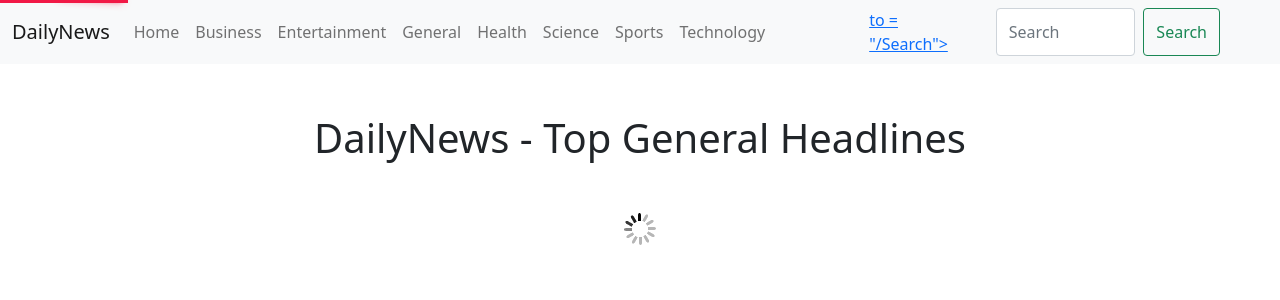
Repository: Bikki084/Daily_News
Page: /
The author's editor kept a copy of each file at every save. The page is drawn from the files as they stood at one save, then again after the next save.
The browser window is 1280 px wide. The pictures show the whole page.
The page's requests for data from a server got no answer. The project was rebuilt for these pictures with package versions that can differ from the ones it lists, and the page was loaded fresh each time. No one was signed in, and anything a server would have sent is missing. Also part of the build but not shown: src/App.css, src/components/NewsItem.js.

Above is the page before, as saved 2021-12-21 23:48:20.

### public/index.html
<!DOCTYPE html>
<html lang="en">
  <head>
    <meta charset="utf-8" />
    <link rel="icon" href="%PUBLIC_URL%/favicon.ico" />
    <meta name="viewport" content="width=device-width, initial-scale=1" />
    <meta name="theme-color" content="#000000" />
    <meta
      name="description"
      content="DailyNews is a news app which can be used to grab quick daily news bites. If you are interested in news, weather, politics and sports news, newsmonkey is for you!"
    />
    <link rel="apple-touch-icon" href="%PUBLIC_URL%/logo192.png" />
    <!--
      manifest.json provides metadata used when your web app is installed on a
      user's mobile device or desktop. See https://developers.google.com/web/fundamentals/web-app-manifest/
    -->
    <link rel="manifest" href="%PUBLIC_URL%/manifest.json" />
    <link href="https://cdn.jsdelivr.net/npm/bootstrap@5.1.0/dist/css/bootstrap.min.css" rel="stylesheet" integrity="sha384-KyZXEAg3QhqLMpG8r+8fhAXLRk2vvoC2f3B09zVXn8CA5QIVfZOJ3BCsw2P0p/We" crossorigin="anonymous">
    <!--
      Notice the use of %PUBLIC_URL% in the tags above.
      It will be replaced with the URL of the `public` folder during the build.
      Only files inside the `public` folder can be referenced from the HTML.

      Unlike "/favicon.ico" or "favicon.ico", "%PUBLIC_URL%/favicon.ico" will
      work correctly both with client-side routing and a non-root public URL.
      Learn how to configure a non-root public URL by running `npm run build`.
    -->
    <title>DailyNews - Get your daily dose of news for free!</title>
  </head>
  <body>
    <noscript>You need to enable JavaScript to run this app.</noscript>
    <div id="root"></div>
    <!--
      This HTML file is a template.
      If you open it directly in the browser, you will see an empty page.

      You can add webfonts, meta tags, or analytics to this file.
      The build step will place the bundled scripts into the <body> tag.

      To begin the development, run `npm start` or `yarn start`.
      To create a production bundle, use `npm run build` or `yarn build`.
    -->
    <script src="https://cdn.jsdelivr.net/npm/@popperjs/core@2.9.3/dist/umd/popper.min.js" integrity="sha384-eMNCOe7tC1doHpGoWe/6oMVemdAVTMs2xqW4mwXrXsW0L84Iytr2wi5v2QjrP/xp" crossorigin="anonymous"></script>
    <script src="https://cdn.jsdelivr.net/npm/bootstrap@5.1.0/dist/js/bootstrap.min.js" integrity="sha384-cn7l7gDp0eyniUwwAZgrzD06kc/tftFf19TOAs2zVinnD/C7E91j9yyk5//jjpt/" crossorigin="anonymous"></script>
  </body>
</html>

### src/App.js
import './App.css';
import Search from './components/Search';
import React, { useState } from 'react'
import NavBar from './components/NavBar';
import News from './components/News';
import {BrowserRouter as Router, Switch, Route} from "react-router-dom";
import LoadingBar from 'react-top-loading-bar'

const App = ()=> {
  const pageSize = 5;
  const apiKey = process.env.REACT_APP_NEWS_API
  // const apiKey = "fe00171e9be447c891c180edc15dc131"
  const [progress, setProgress] = useState(0)

    return (
      <div>
        <Router>
        <NavBar/>
        <Search/>
        <LoadingBar
        height={3}
        color='#f11946'
        progress={progress}
      />
        <Switch>
          <Route exact path="/"><News setProgress={setProgress} apiKey={apiKey} key="general" pageSize={pageSize} country="in" category="general"/></Route>
          <Route exact path="/business"><News setProgress={setProgress} apiKey={apiKey} key="business" pageSize={pageSize} country="in" category="business"/></Route>
          <Route exact path="/entertainment"><News setProgress={setProgress} apiKey={apiKey} key="entertainment" pageSize={pageSize} country="in" category="entertainment"/></Route>
          <Route exact path="/general"><News setProgress={setProgress} apiKey={apiKey} key="general" pageSize={pageSize} country="in" category="general"/></Route>
          <Route exact path="/health"><News setProgress={setProgress} apiKey={apiKey} key="health" pageSize={pageSize} country="in" category="health"/></Route>
          <Route exact path="/science"><News setProgress={setProgress} apiKey={apiKey} key="science" pageSize={pageSize} country="in" category="science"/></Route>
          <Route exact path="/sports"><News setProgress={setProgress} apiKey={apiKey} key="sports" pageSize={pageSize} country="in" category="sports"/></Route>
          <Route exact path="/technology"><News setProgress={setProgress} apiKey={apiKey} key="technology" pageSize={pageSize} country="in" category="technology"/></Route>

        </Switch>
        </Router>
      </div>
    )

}

export default App;

### src/components/Search.js
import React from 'react'

const Search = () => {
    return <div>Hello world!</div>
}

export default Search;

### src/components/NavBar.js
import React from 'react'
import { Link } from "react-router-dom";

const NavBar = () => {

    return (
        <div>
            <nav className="navbar fixed-top navbar-expand-lg navbar-light bg-light">
                <div className="container-fluid">
                    <Link className="navbar-brand" to="/">DailyNews</Link>
                    <button className="navbar-toggler" type="button" data-bs-toggle="collapse" data-bs-target="#navbarSupportedContent" aria-controls="navbarSupportedContent" aria-expanded="false" aria-label="Toggle navigation">
                        <span className="navbar-toggler-icon"></span>
                    </button>
                    <div className="collapse navbar-collapse" id="navbarSupportedContent">
                        <ul className="navbar-nav me-auto mb-2 mb-lg-0">
                            <li className="nav-item">
                                <Link className="nav-link" aria-current="page" to="/">Home</Link>
                            </li>
                            <li className="nav-item"><Link className="nav-link" to="/business">Business</Link></li>
                            <li className="nav-item"><Link className="nav-link" to="/entertainment">Entertainment</Link></li>
                            <li className="nav-item"><Link className="nav-link" to="/general">General</Link></li>
                            <li className="nav-item"><Link className="nav-link" to="/health">Health</Link></li>
                            <li className="nav-item"><Link className="nav-link" to="/science">Science</Link></li>
                            <li className="nav-item"><Link className="nav-link" to="/sports">Sports</Link></li>
                            <li className="nav-item"><Link className="nav-link" to="/technology">Technology</Link></li>
                        </ul>
                        <form className="d-flex mx-5" method = "get"> <Link className="d-flex mx-5"> to = "/Search"> </Link>
                            <input class="form-control me-2" type="search" placeholder="Search" aria-label="Search"/>
                                <button class="btn btn-outline-success" type="submit">Search</button>
                        </form>
                    </div>
                </div>
            </nav>
        </div>
    )

}

export default NavBar

### src/components/News.js
import React, {useEffect, useState} from 'react'

import NewsItem from './NewsItem'
import Spinner from './Spinner';
import PropTypes from 'prop-types'
import InfiniteScroll from "react-infinite-scroll-component";

const News = (props)=>{
    const [articles, setArticles] = useState([])
    const [loading, setLoading] = useState(true)
    const [page, setPage] = useState(1)
    const [totalResults, setTotalResults] = useState(0)

    const capitalizeFirstLetter = (string) => {
        return string.charAt(0).toUpperCase() + string.slice(1);
    }

    const updateNews = async ()=> {
        props.setProgress(10);
        const url = `https://newsapi.org/v2/top-headlines?country=${props.country}&category=${props.category}&apiKey=${props.apiKey}&page=${page}&pageSize=${props.pageSize}`;
        setLoading(true)
        let data = await fetch(url);
        props.setProgress(30);
        let parsedData = await data.json()
        props.setProgress(70);
        setArticles(parsedData.articles)
        setTotalResults(parsedData.totalResults)
        setLoading(false)
        props.setProgress(100);
    }

    useEffect(() => {
        document.title = `${capitalizeFirstLetter(props.category)} - DailyNews`;
        updateNews();
        // eslint-disable-next-line
    }, [])


    const fetchMoreData = async () => {
        const url = `https://newsapi.org/v2/top-headlines?country=${props.country}&category=${props.category}&apiKey=${props.apiKey}&page=${page+1}&pageSize=${props.pageSize}`;
        setPage(page+1)
        let data = await fetch(url);
        let parsedData = await data.json()
        setArticles(articles.concat(parsedData.articles))
        setTotalResults(parsedData.totalResults)
      };

        return (
            <>
                <h1 className="text-center" style={{ margin: '35px 0px', marginTop: '90px' }}>DailyNews - Top {capitalizeFirstLetter(props.category)} Headlines</h1>
                {loading && <Spinner />}
                <InfiniteScroll
                    dataLength={articles.length}
                    next={fetchMoreData}
                    hasMore={articles.length !== totalResults}
                    loader={<Spinner/>}>
                    <div className="container">

                    <div className="row">
                        {articles.map((element) => {
                            return <div className="col-md-4" key={element.url}>
                                <NewsItem title={element.title ? element.title : ""} description={element.description ? element.description : ""} imageUrl={element.urlToImage} newsUrl={element.url} author={element.author} date={element.publishedAt} source={element.source.name} />
                            </div>
                        })}
                    </div>
                    </div>
                </InfiniteScroll>
            </>
        )

}


News.defaultProps = {
    country: 'in',
    pageSize: 8,
    category: 'general',
}

News.propTypes = {
    country: PropTypes.string,
    pageSize: PropTypes.number,
    category: PropTypes.string,
}

export default News

Loaded but not shown: src/index.js (common file); src/reportWebVitals.js (common file); src/components/Spinner.js (common file); src/index.css (no stored copy; drawn as an empty file)

After the next save:
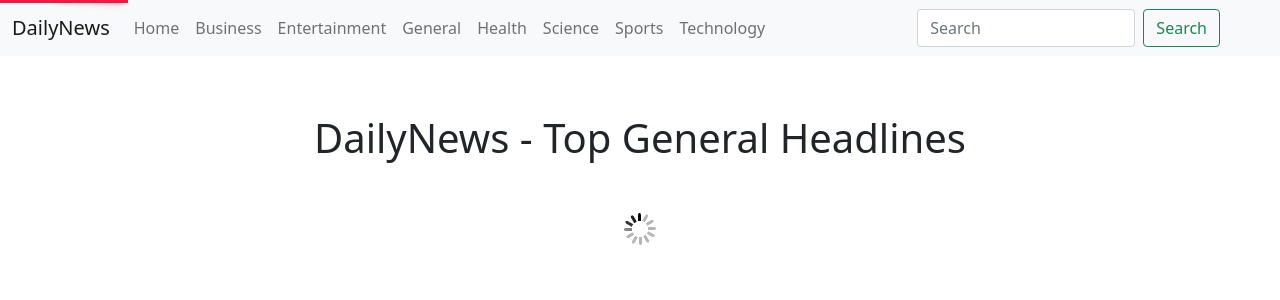
Saved 9 s later.
--- a/src/components/NavBar.js
+++ b/src/components/NavBar.js
@@ -24,7 +24,7 @@ const NavBar = () => {
                             <li className="nav-item"><Link className="nav-link" to="/sports">Sports</Link></li>
                             <li className="nav-item"><Link className="nav-link" to="/technology">Technology</Link></li>
                         </ul>
-                        <form className="d-flex mx-5" method = "get"> <Link className="d-flex mx-5"> to = "/Search"> </Link>
+                        <form className="d-flex mx-5" method = "get"> <Link className="d-flex mx-5" to = "/Search"> </Link>
                             <input class="form-control me-2" type="search" placeholder="Search" aria-label="Search"/>
                                 <button class="btn btn-outline-success" type="submit">Search</button>
                         </form>
